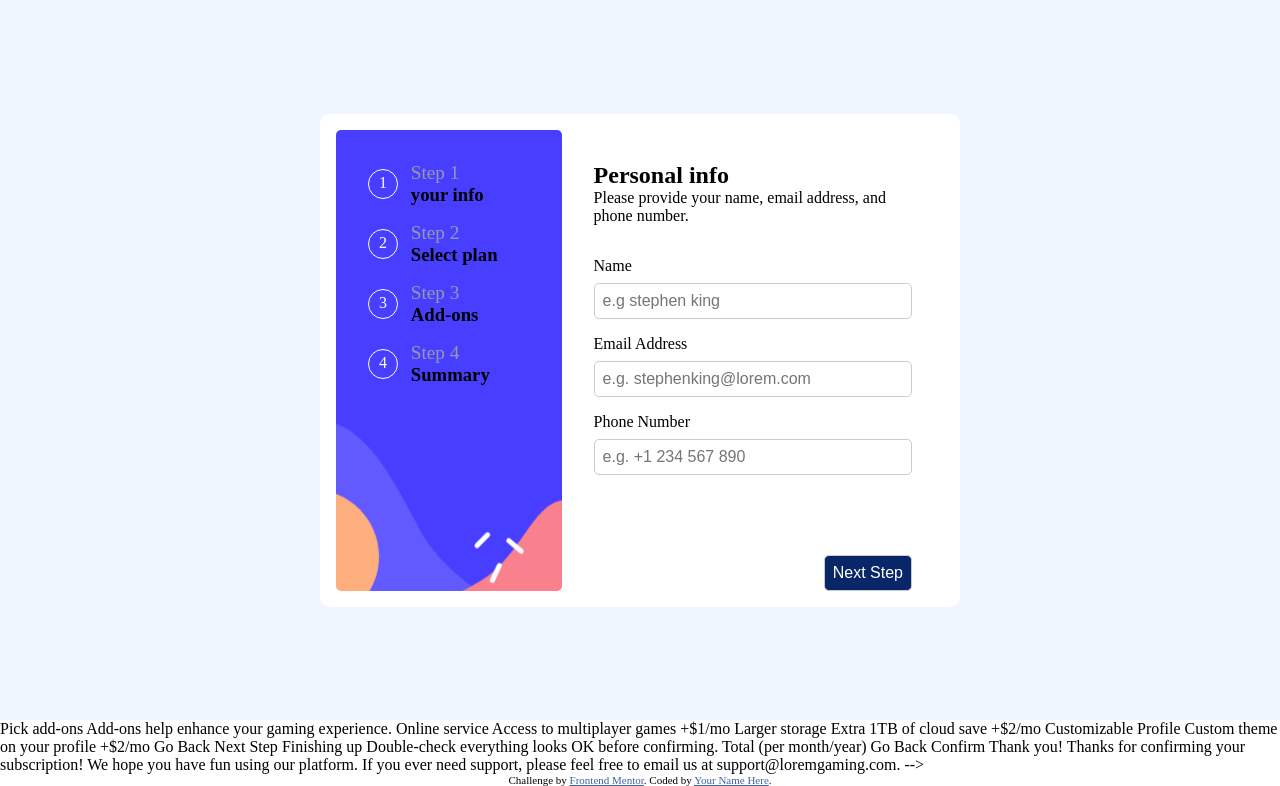
Repository: reemoon-ctrl/reemoon-ctrl.github.io
Page: index.html
These files come from the project's save history. The page is drawn as it stood at one moment and after the next save; the edit follows.
The browser window is 1280 px wide. The pictures show the whole page.

Above is the page before, as saved 2025-04-29 10:09:31.

### index.html
<!DOCTYPE html>
<html lang="en">

<head>
  <meta charset="UTF-8">
  <meta name="viewport" content="width=device-width, initial-scale=1.0">
  <!-- displays site properly based on user's device -->

  <link rel="icon" type="image/png" sizes="32x32" href="./assets/images/favicon-32x32.png">
  <link rel="stylesheet" href="./style.css">
  <title>Frontend Mentor | Multi-step form</title>

  <!-- Feel free to remove these styles or customise in your own stylesheet 👍 -->
  <style>
    .attribution {
      font-size: 11px;
      text-align: center;
    }

    .attribution a {
      color: hsl(219, 45%, 44%);
    }
  </style>
</head>

<body>
  <div class="containerCenter">
    <div class="container">
      <div class="sidebar">
        <ul class="sidebarList">
          <li class="sidebar_ele">
            <div>1</div>
            <div>
              <p>Step 1</p>
              <h3>your info</h3>
            </div>
          </li>
          <li class="sidebar_ele">
            <div>2</div>
            <div>
              <p> Step 2</p>
              <h3>Select plan</h3>
            </div>

          </li>
          <li class="sidebar_ele">
            <div>3</div>
            <div>
              <p>Step 3</p>
              <h3>Add-ons</h3>
            </div>
          </li>
          <li class="sidebar_ele">
            <div>4</div>
            <div>
              <p>Step 4</p>
              <h3>Summary</h3>
            </div>

          </li>
        </ul>
      </div>
      <div class="main">
        <div class="formHeader">
          <h2>Personal info</h2>
          <p>Please provide your name, email address, and phone number.
          </p>
        </div>
        <form class="formContainer">
          <div class="formLabelInput">
            <label for="name">Name</label>
            <input type="text" id="name" name="name" placeholder="e.g stephen king">
          </div>
          <div class="formLabelInput">
            <label for="email">Email Address</label>
            <input type="email" id="email" name="email" placeholder="e.g. stephenking@lorem.com">
          </div>
          <div class="formLabelInput">
            <label for="phone">Phone Number</label>
            <input type="tel" name="phone number" placeholder="e.g. +1 234 567 890">
          </div>
          <div id="nextStep">
            <!-- <label for="username">Username:</label> -->
            <button type="button" id="nextStepbtn" name="next step">Next Step</button>
          </div>
        </form>

        <!-- Step 1 end -->
      </div>

    </div>
  </div>

  <!-- Sidebar start -->



  <!-- Sidebar end -->



  <!-- Step 2 start -->
  <!--
  Select your plan
  You have the option of monthly or yearly billing.

  Arcade
  $9/mo

  Advanced
  $12/mo

  Pro
  $15/mo

  Monthly
  Yearly

  Go Back
  Next Step

  <!-- Step 2 end -->

  <!-- Step 3 start -->

  Pick add-ons
  Add-ons help enhance your gaming experience.

  Online service
  Access to multiplayer games
  +$1/mo

  Larger storage
  Extra 1TB of cloud save
  +$2/mo

  Customizable Profile
  Custom theme on your profile
  +$2/mo

  Go Back
  Next Step

  <!-- Step 3 end -->

  <!-- Step 4 start -->

  Finishing up
  Double-check everything looks OK before confirming.

  <!-- Dynamically add subscription and add-on selections here -->

  Total (per month/year)

  Go Back
  Confirm

  <!-- Step 4 end -->

  <!-- Step 5 start -->

  Thank you!

  Thanks for confirming your subscription! We hope you have fun
  using our platform. If you ever need support, please feel free
  to email us at support@loremgaming.com. -->

  <!-- Step 5 end -->

  <div class="attribution">
    Challenge by <a href="https://www.frontendmentor.io?ref=challenge" target="_blank">Frontend Mentor</a>.
    Coded by <a href="#">Your Name Here</a>.
  </div>
</body>

</html>

### style.css
*{
    padding: 0;
    margin: 0;
    box-sizing:border-box;
}
.container{
    background: #ffffff;
    display: grid;
    grid-template-columns: 1fr 3fr;
    padding: 1rem;
    width:50%;
    height:fit-content;
    align-items: center;
    justify-content: center;
    align-content: center;;
    justify-items:center ;
    z-index: 100;
    /* margin-top: 25%; */
    border-radius: 10px;

}
.containerCenter{
    height:100vh;
    display: flex;
    justify-content: center;
    align-items: center;
    align-content: center;
    background-color: #f0f6ff;
}
.main{
    padding: 2rem 2rem 0 2rem;
    display: grid;
}
.sidebar{
    border-radius: 5px;
    height:100% ;
    padding: 2rem;
    padding-right: 4rem;
    background:no-repeat url(./assets/images/bg-sidebar-desktop.svg) center ;
}
.sidebarList{
    list-style: none;
    display: flex;
    flex-direction: column;
    gap: 1rem;
    justify-content: space-between;
    /* height: 100%; */
}
.sidebar_ele{
    display: flex;
    /* align-content:stretch; */
    gap: .8rem;
    align-items: center;
    width:max-content;

    /* padding: 2rem; */
}
.sidebar_ele>div:first-child{
    width: 30px;
    height:30px;
    /* background-color: #adbeff; */
    border: 1px solid #ffffff;
    border-radius: 50%;
    text-align: center;
    padding: .3rem .5rem .3rem .5rem ;
    color:#fff;
}
.sidebar_ele>div:last-child>p{
    font-size: 1.2rem;
    color: #9699ab;
}
.formContainer{
    display: grid;
    grid-template-columns:1fr ;
    gap:1rem ;
}
.formHeader{
    padding-bottom: 2rem;
}
.formLabelInput{
    display: flex;
    flex-direction: column;
    gap:.5rem;
}
#nextStep{
    display: flex;
    justify-content:flex-end;
    align-items: center;
    /* background-color: #bff2f6; */
    padding-top: 4rem;
}
#nextStepbtn{
    padding: .5rem;
    border-radius: 5px;
    border: 1px solid #ccc;
    background-color: #092668;
    color: #fff;
    font-size: 1rem;
    /* color: #333; */
    cursor: pointer;
}
.formLabelInput>input{
    padding: .5rem;
    border-radius: 5px;
    border: 1px solid #ccc;
    background-color: #fff;
    font-size: 1rem;
    color: #333;
}

After the next save:
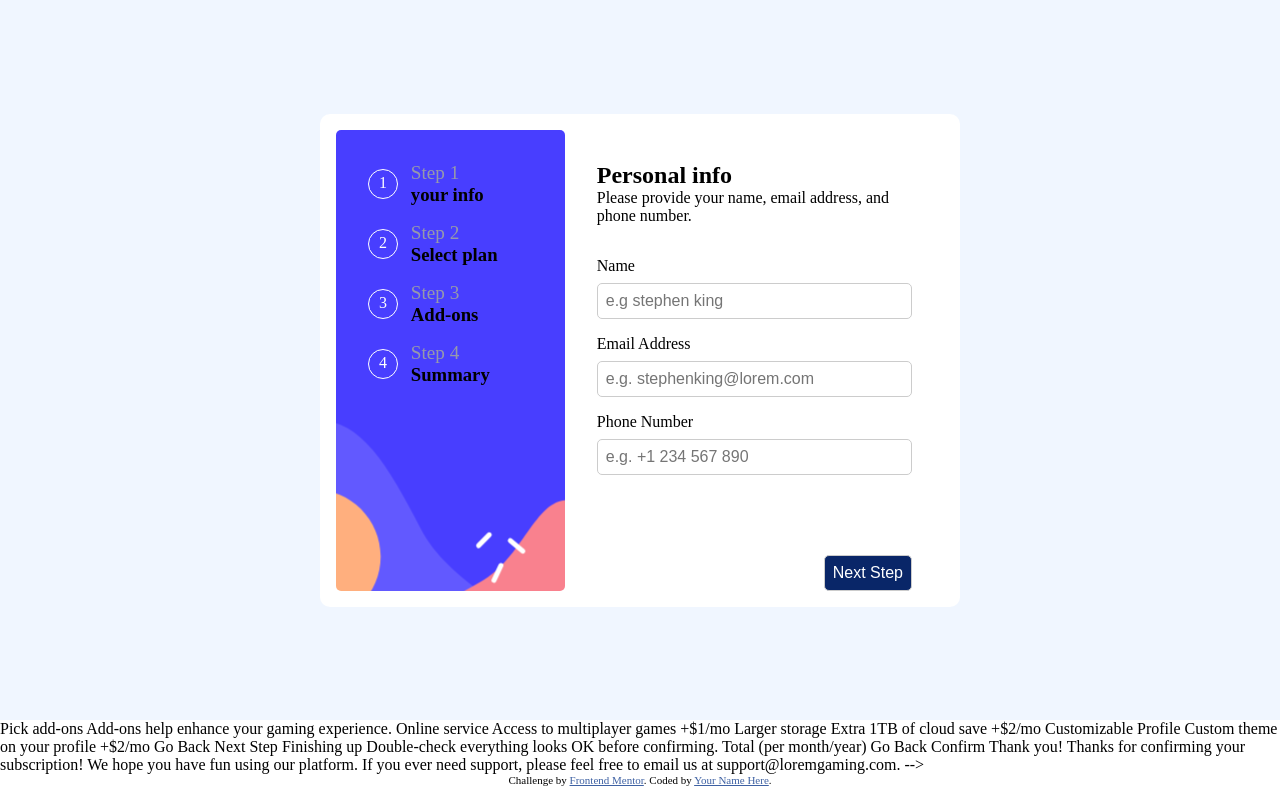
Saved 21 s later.
--- a/style.css
+++ b/style.css
@@ -35,7 +35,7 @@
     border-radius: 5px;
     height:100% ;
     padding: 2rem;
-    padding-right: 4rem;
+    padding-right: 4.2rem;
     background:no-repeat url(./assets/images/bg-sidebar-desktop.svg) center ;
 }
 .sidebarList{
